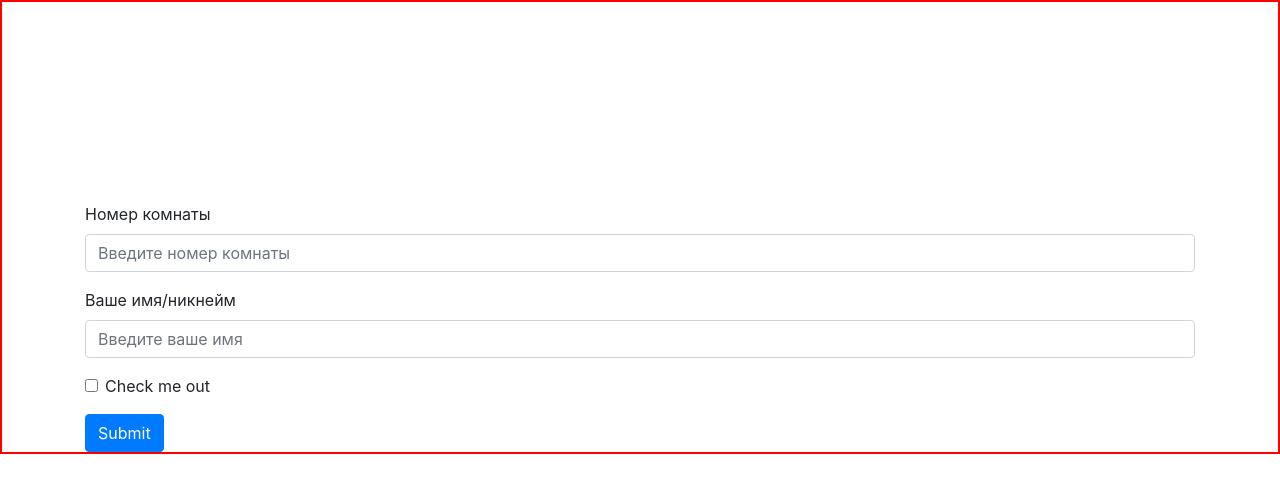
Repository: Hansol46/react-chat
Page: /
The author's editor kept a copy of each file at every save. The page is drawn from the files as they stood at one save, then again after the next save.
The browser window is 1280 px wide. The pictures show the whole page.
The project was rebuilt for these pictures with package versions that can differ from the ones it lists, and the page was loaded fresh each time.

Above is the page before, as saved 2020-09-06 21:54:40.

### public/index.html
<!DOCTYPE html>
<html lang="en">
  <head>
    <meta charset="utf-8" />
    <link rel="icon" href="%PUBLIC_URL%/favicon.ico" />
    <meta name="viewport" content="width=device-width, initial-scale=1" />
    <meta name="theme-color" content="#000000" />
    <meta
      name="description"
      content="Web site created using create-react-app"
    />
    <link rel="apple-touch-icon" href="%PUBLIC_URL%/logo192.png" />
    <!--
      manifest.json provides metadata used when your web app is installed on a
      user's mobile device or desktop. See https://developers.google.com/web/fundamentals/web-app-manifest/
    -->
    <link rel="manifest" href="%PUBLIC_URL%/manifest.json" />
    <link rel="stylesheet"
    href="https://stackpath.bootstrapcdn.com/bootstrap/4.5.0/css/bootstrap.min.css"
    integrity="sha384-9aIt2nRpC12Uk9gS9baDl411NQApFmC26EwAOH8WgZl5MYYxFfc+NcPb1dKGj7Sk"
    crossorigin="anonymous">
    <!--
      Notice the use of %PUBLIC_URL% in the tags above.
      It will be replaced with the URL of the `public` folder during the build.
      Only files inside the `public` folder can be referenced from the HTML.

      Unlike "/favicon.ico" or "favicon.ico", "%PUBLIC_URL%/favicon.ico" will
      work correctly both with client-side routing and a non-root public URL.
      Learn how to configure a non-root public URL by running `npm run build`.
    -->
    <title>React App</title>
  </head>
  <body>
    <noscript>You need to enable JavaScript to run this app.</noscript>
    <div id="root"></div>
    <!--
      This HTML file is a template.
      If you open it directly in the browser, you will see an empty page.

      You can add webfonts, meta tags, or analytics to this file.
      The build step will place the bundled scripts into the <body> tag.

      To begin the development, run `npm start` or `yarn start`.
      To create a production bundle, use `npm run build` or `yarn build`.
    -->
  </body>
</html>

### src/App.js
import React from "react";
import "./App.css";
import io from "socket.io-client";

// const socket = io('http://localhost:9999')

function App() {
  const connectSocket = () => {
    io("http://localhost:9999");
  };

  return (
    <div className="App">
      <div className="container">
        <form>
          <div class="form-group">
            <label for="exampleInputEmail1"> Номер комнаты</label>
            <input
              type="text"
              class="form-control"
              id="exampleInputEmail1"
              aria-describedby="emailHelp"
              placeholder='Введите номер комнаты'
            />
            {/* <small id="emailHelp" class="form-text text-muted">
              We'll never share your email with anyone else.
            </small> */}
          </div>
          <div class="form-group">
            <label for="exampleInputPassword1">Ваше имя/никнейм</label>
            <input
              type="password"
              class="form-control"
              id="exampleInputPassword1"
              placeholder='Введите ваше имя'
            />
          </div>
          <div class="form-group form-check">
            <input
              type="checkbox"
              class="form-check-input"
              id="exampleCheck1"
            />
            <label class="form-check-label" for="exampleCheck1">
              Check me out
            </label>
          </div>
          <button type="submit" class="btn btn-primary">
            Submit
          </button>
        </form>
      </div>
    </div>
  );
}

export default App;

### src/App.css
.App {
  border: 2px solid red;
  padding-top: 200px;
}

Loaded but not shown: src/index.js (common file); src/index.css (common file)

After the next save:
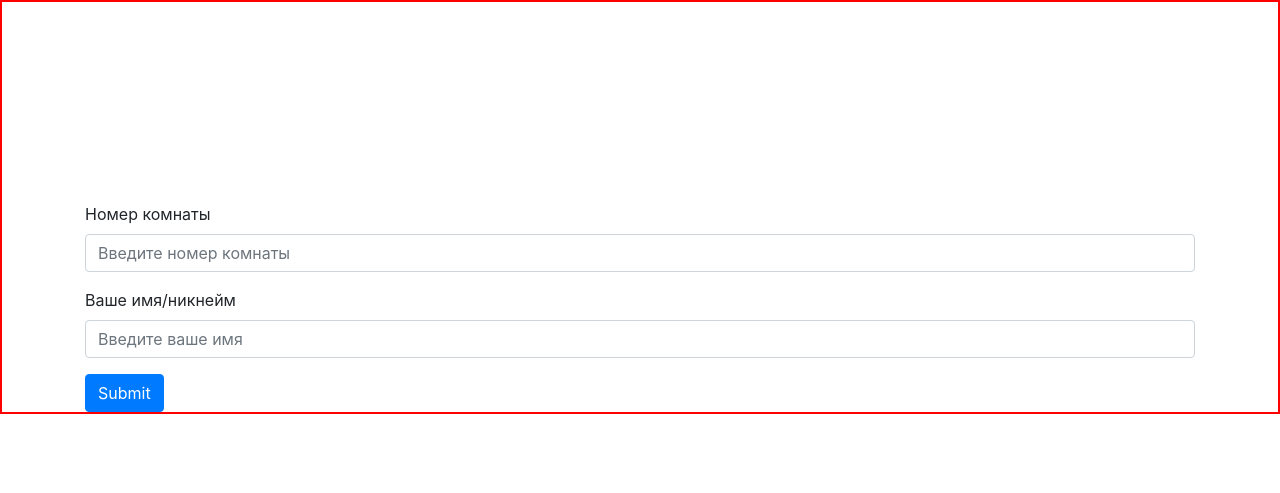
Saved 20 s later.
--- a/src/App.js
+++ b/src/App.js
@@ -35,7 +35,7 @@ function App() {
               placeholder='Введите ваше имя'
             />
           </div>
-          <div class="form-group form-check">
+          {/* <div class="form-group form-check">
             <input
               type="checkbox"
               class="form-check-input"
@@ -44,7 +44,7 @@ function App() {
             <label class="form-check-label" for="exampleCheck1">
               Check me out
             </label>
-          </div>
+          </div> */}
           <button type="submit" class="btn btn-primary">
             Submit
           </button>
